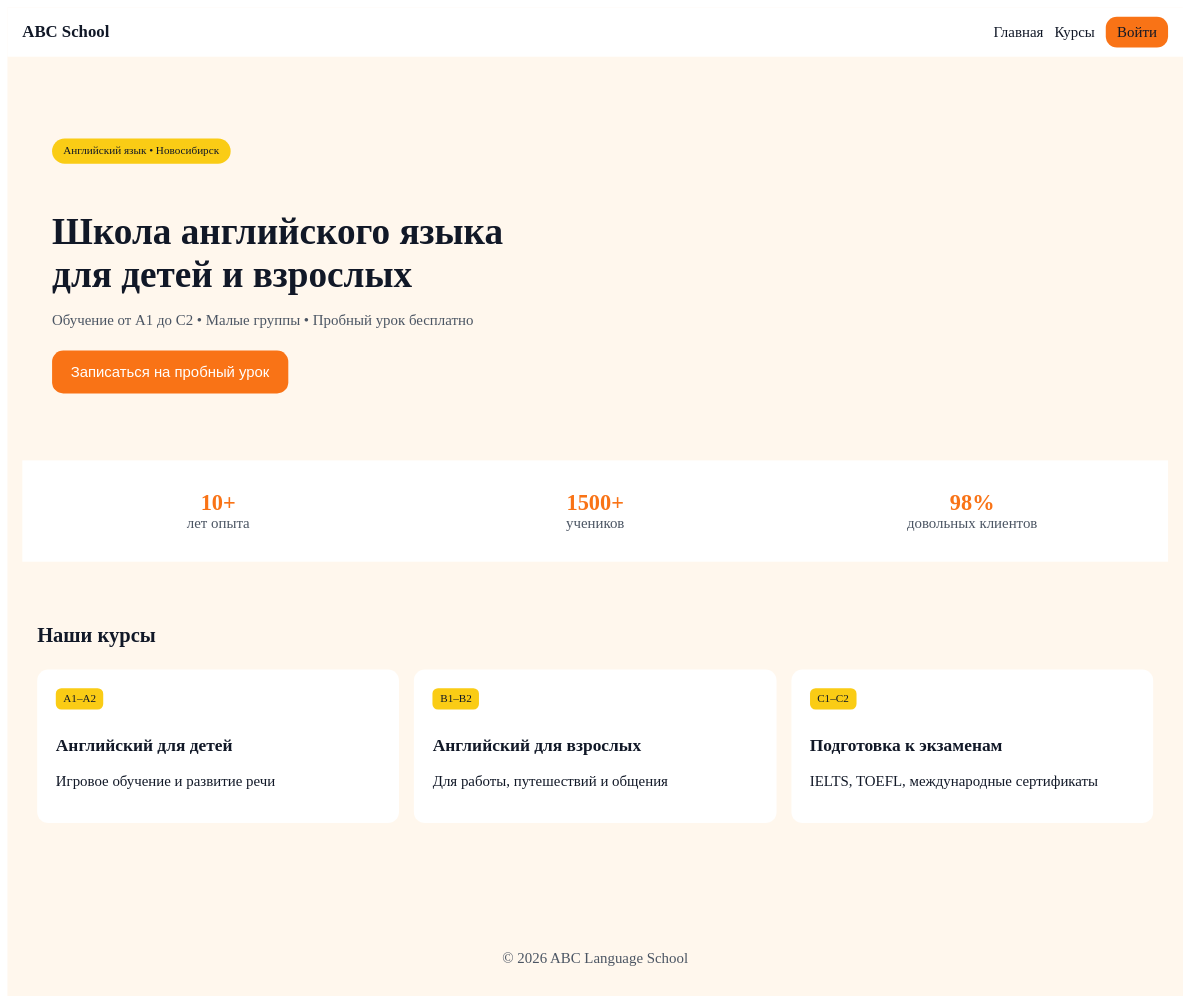
Repository: vidergooold/abc-language-school
Page: / (app in frontend/)
An editor plug-in stored every save of this project. The page is shown before and after a run of saves, followed by the edit.
The browser window is 1280 px wide. The pictures show the whole page, at 93% of full size.
The project was rebuilt for these pictures with package versions that can differ from the ones it lists, and the page was loaded fresh each time. Also part of the build but not shown: frontend/vite.config.ts, frontend/src/components/courses/CoursesFilter.vue, frontend/src/components/courses/CourseCard.vue, frontend/src/components/courses/CoursesGrid.vue, frontend/src/pages/Courses.vue.

Above is the page before, as saved 2026-01-08 15:29:05.

After the next 2 saves:
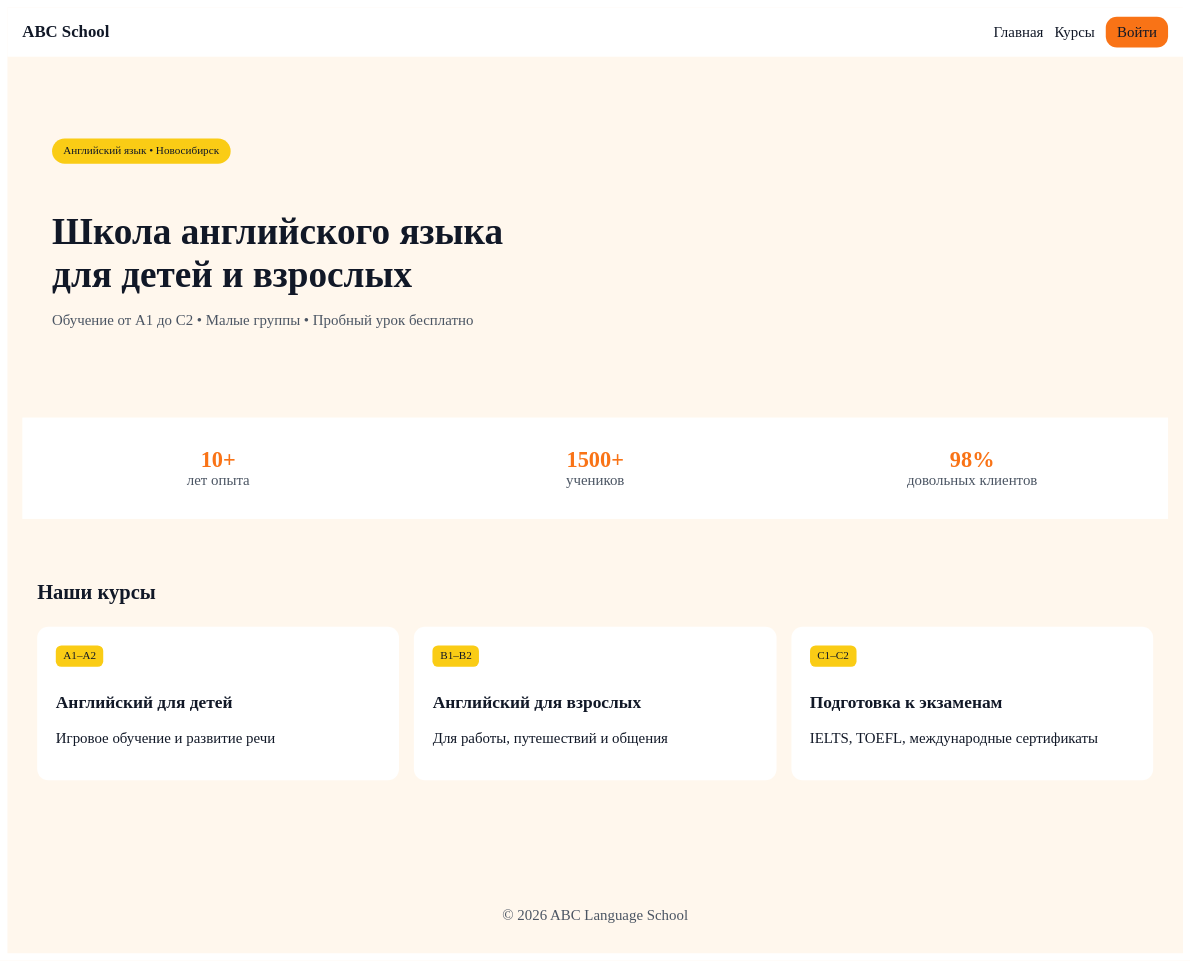
The 2 saves are shown as one change because they came seconds apart.
The last was saved 48 s later.
--- a/frontend/src/components/home/HeroSection.vue
+++ b/frontend/src/components/home/HeroSection.vue
@@ -12,7 +12,7 @@
         Обучение от A1 до C2 • Малые группы • Пробный урок бесплатно
       </p>
 
-      <BaseButton>Записаться на пробный урок</BaseButton>
+      <LeadForm />
     </div>
   </section>
 </template>
